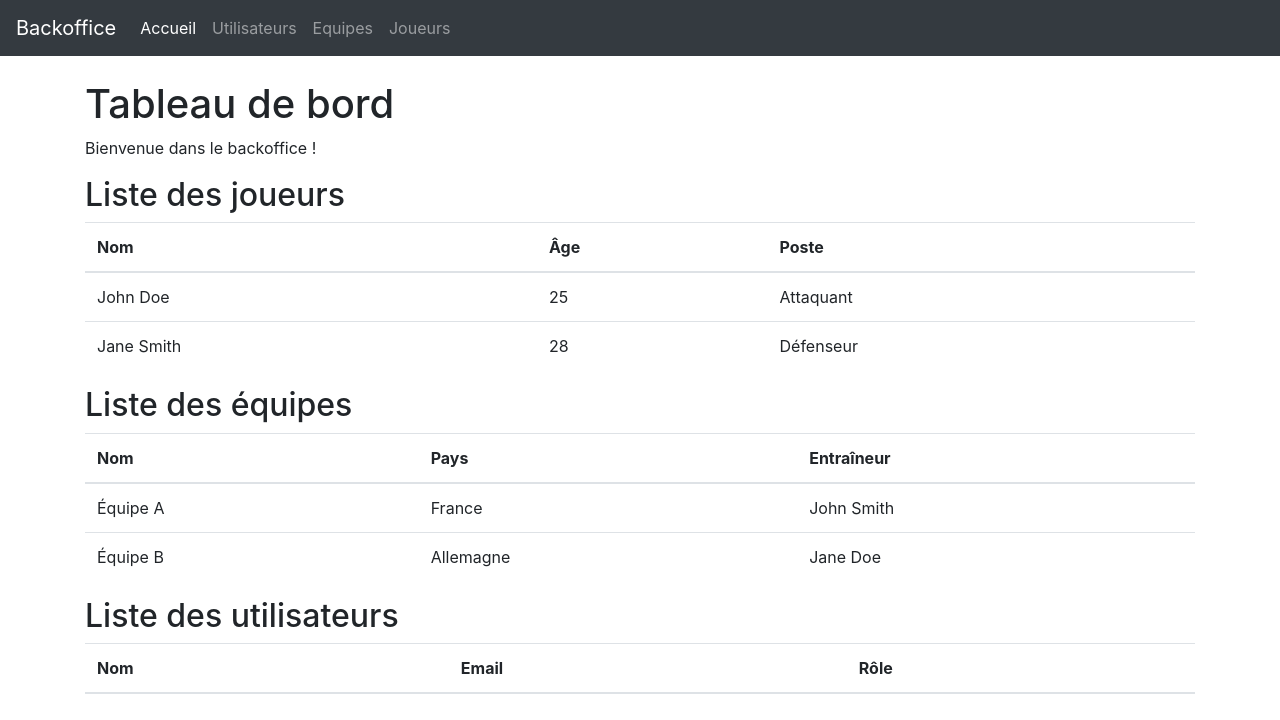
Repository: BrunoVgs/APD
Page: templates/admin/index.html.twig
An editor plug-in stored every save of this project. The page is shown before and after the next save, followed by the edit.
The browser window is 1280 px wide. The pictures show the whole page.
The page is a Twig template of a Symfony application; nobody is signed in and links lead nowhere. The template is opened directly, without the code that normally fills it, so the values that code supplies are empty.

Above is the page before, as saved 2023-06-09 14:05:13.

### templates/admin/index.html.twig
<!DOCTYPE html>
<html>
<head>
  <title>Backoffice</title>
  <link rel="stylesheet" href="https://maxcdn.bootstrapcdn.com/bootstrap/4.0.0/css/bootstrap.min.css">
</head>
<body>
  <nav class="navbar navbar-expand-lg navbar-dark bg-dark">
    <a class="navbar-brand" href="#">Backoffice</a>
    <button class="navbar-toggler" type="button" data-toggle="collapse" data-target="#navbarNav" aria-controls="navbarNav" aria-expanded="false" aria-label="Toggle navigation">
      <span class="navbar-toggler-icon"></span>
    </button>
    <div class="collapse navbar-collapse" id="navbarNav">
      <ul class="navbar-nav">
        <li class="nav-item active">
          <a class="nav-link" href="#">Accueil</a>
        </li>
        <li class="nav-item">
          <a class="nav-link" href="#">Utilisateurs</a>
        </li>
        <li class="nav-item">
          <a class="nav-link" href="#">Equipes</a>
        </li>
        <li class="nav-item">
          <a class="nav-link" href="#">Joueurs</a>
        </li>
      </ul>
    </div>
  </nav>

  <div class="container mt-4">
    <h1>Tableau de bord</h1>
    <p>Bienvenue dans le backoffice !</p>

    <h2>Liste des joueurs</h2>
    <table class="table">
      <thead>
        <tr>
          <th>Nom</th>
          <th>Âge</th>
          <th>Poste</th>
        </tr>
      </thead>
      <tbody>
        <tr>
          <td>John Doe</td>
          <td>25</td>
          <td>Attaquant</td>
        </tr>
        <tr>
          <td>Jane Smith</td>
          <td>28</td>
          <td>Défenseur</td>
        </tr>
      </tbody>
    </table>

    <h2>Liste des équipes</h2>
    <table class="table">
      <thead>
        <tr>
          <th>Nom</th>
          <th>Pays</th>
          <th>Entraîneur</th>
        </tr>
      </thead>
      <tbody>
        <tr>
          <td>Équipe A</td>
          <td>France</td>
          <td>John Smith</td>
        </tr>
        <tr>
          <td>Équipe B</td>
          <td>Allemagne</td>
          <td>Jane Doe</td>
        </tr>
      </tbody>
    </table>

    <h2>Liste des utilisateurs</h2>
    <table class="table">
      <thead>
        <tr>
          <th>Nom</th>
          <th>Email</th>
          <th>Rôle</th>
        </tr>
      </thead>
      <tbody

After the next save:
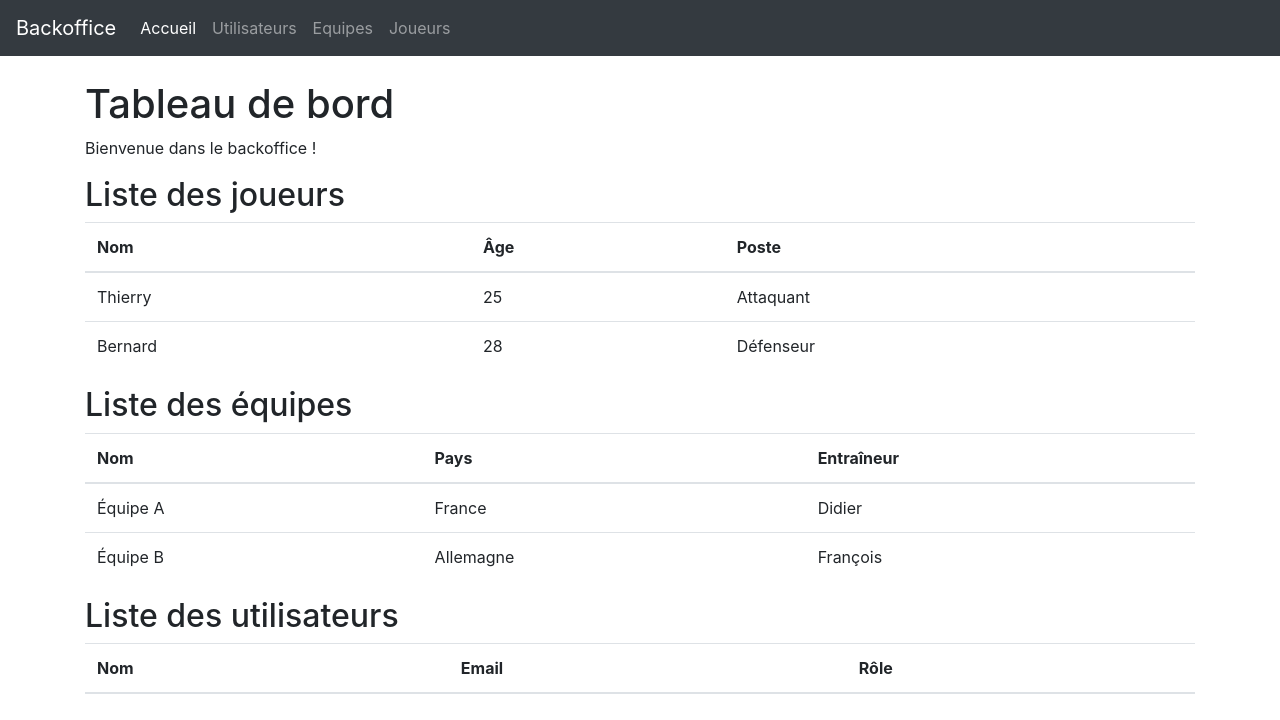
Saved 37 s later.
--- a/templates/admin/index.html.twig
+++ b/templates/admin/index.html.twig
@@ -43,12 +43,12 @@
       </thead>
       <tbody>
         <tr>
-          <td>John Doe</td>
+          <td>Thierry</td>
           <td>25</td>
           <td>Attaquant</td>
         </tr>
         <tr>
-          <td>Jane Smith</td>
+          <td>Bernard</td>
           <td>28</td>
           <td>Défenseur</td>
         </tr>
@@ -68,12 +68,12 @@
         <tr>
           <td>Équipe A</td>
           <td>France</td>
-          <td>John Smith</td>
+          <td>Didier</td>
         </tr>
         <tr>
           <td>Équipe B</td>
           <td>Allemagne</td>
-          <td>Jane Doe</td>
+          <td>François</td>
         </tr>
       </tbody>
     </table>
